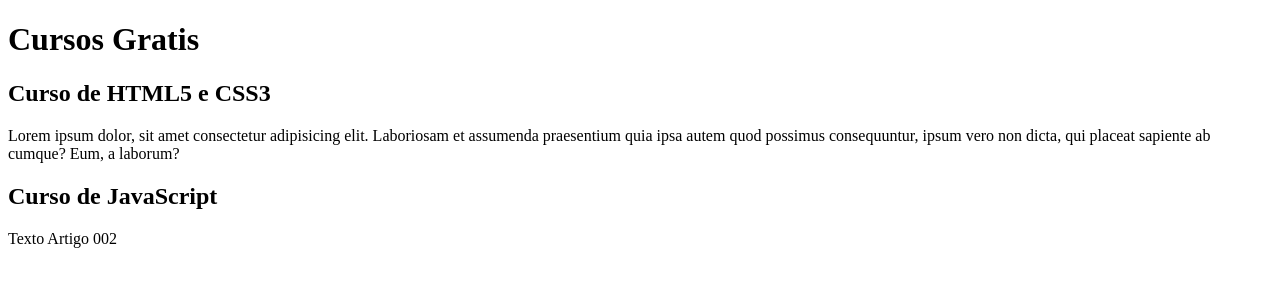
Repository: AnthonyLuanSantos/projeto-site
Page: index.html
The author's editor kept a copy of each file at every save. The page is drawn from the files as they stood at one save, then again after the next save.
The browser window is 1280 px wide. The pictures show the whole page.

Above is the page before, as saved 2024-08-18 20:39:39.

After the next save:
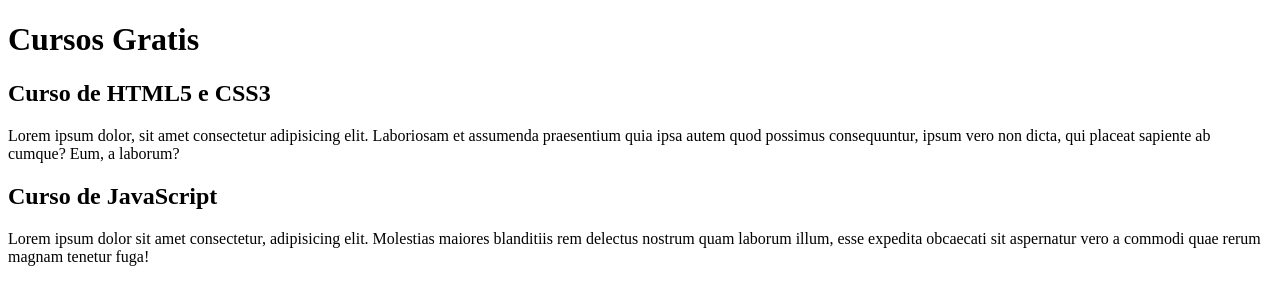
Saved 7 s later.
--- a/index.html
+++ b/index.html
@@ -16,7 +16,7 @@
         </article>
         <article>
             <h2>Curso de JavaScript</h2>
-            <p>Texto Artigo 002</p>
+            <p>Lorem ipsum dolor sit amet consectetur, adipisicing elit. Molestias maiores blanditiis rem delectus nostrum quam laborum illum, esse expedita obcaecati sit aspernatur vero a commodi quae rerum magnam tenetur fuga!</p>
         </article>
     </main>
 </body>
